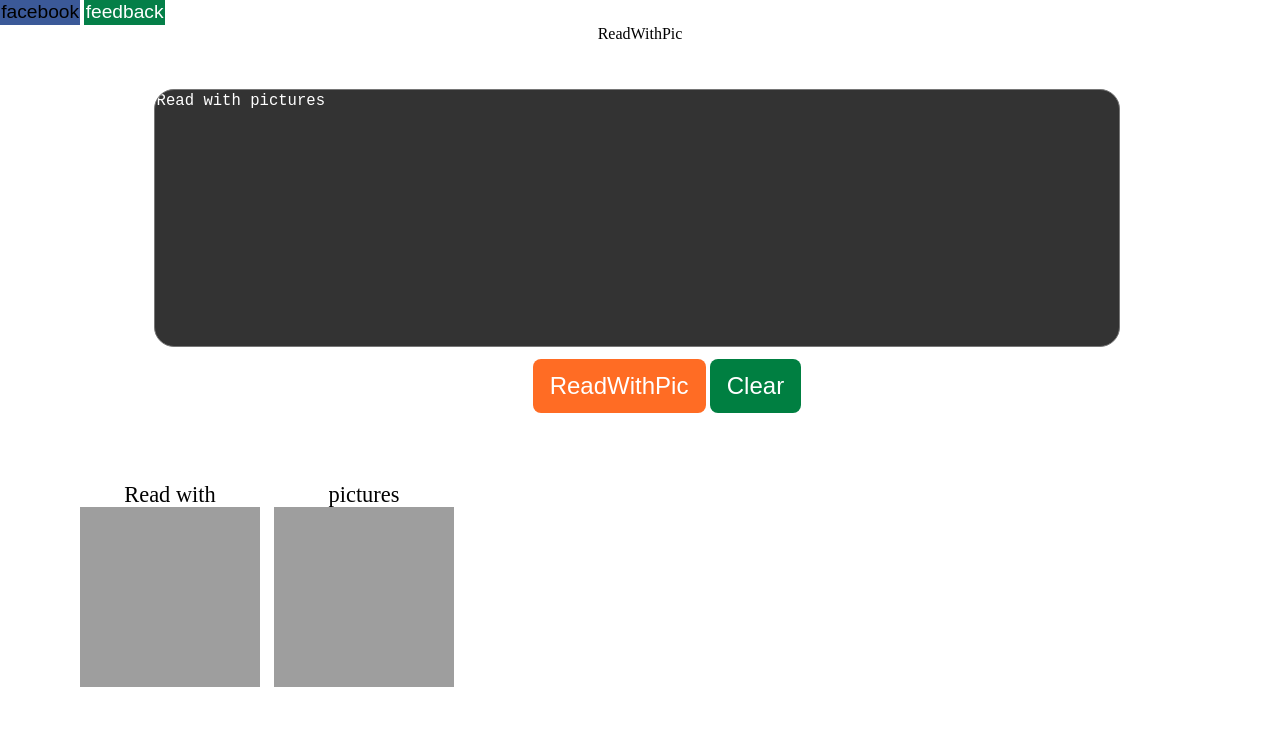
Repository: readwithpic/readwithpic.github.io
Page: index.html
The author's editor kept a record of every edit. The page is drawn from the files as they stood at one moment, then again after the next edit.
The browser window is 1280 px wide. The pictures show the whole page.
Pictures or frames that could not be fetched are drawn as grey boxes. Some web libraries are served in a nearby version.

Above is the page before.
Console error: TypeError: Cannot read properties of undefined (reading 'length')

After the next edit:
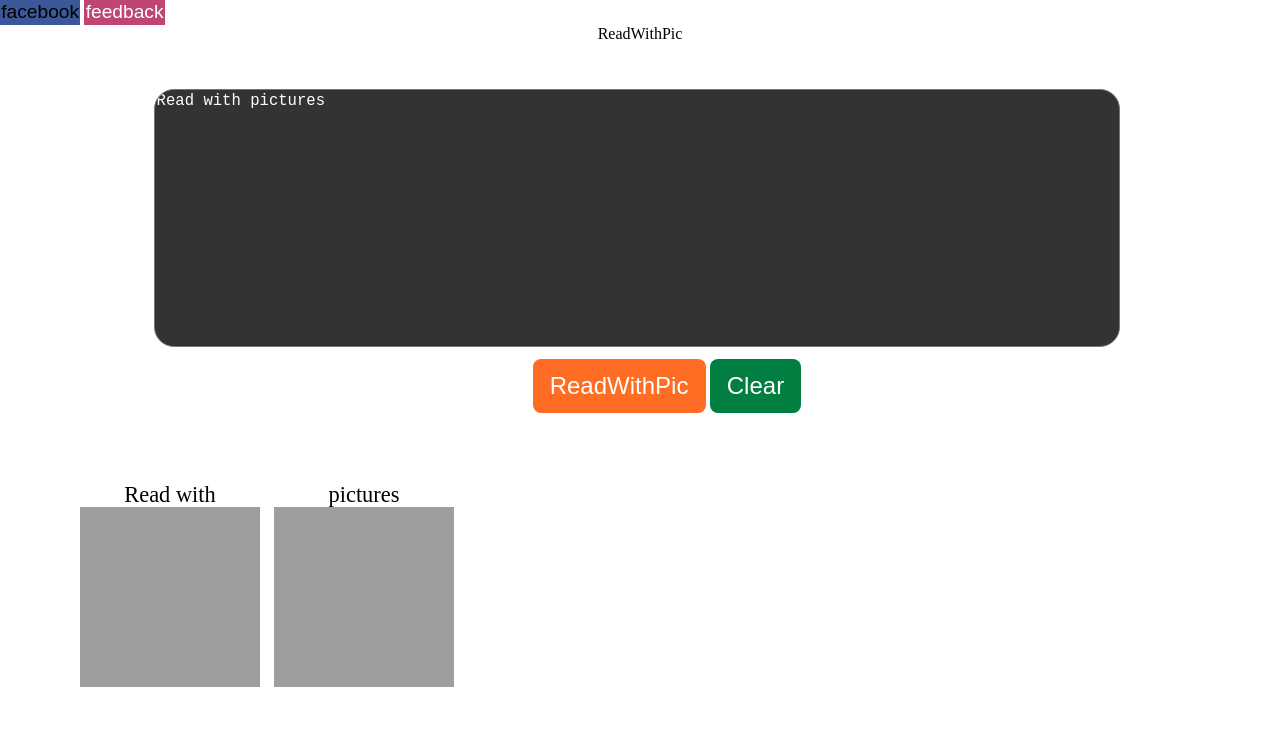
The edit:
--- a/style.css
+++ b/style.css
@@ -27,7 +27,7 @@
 
 .feedback{
    text-align:center;
-   background-color: #047F48;
+   background-color: #BF4572;
    color: white;
    font-size: 1.2em;
    text-decoration: none;
